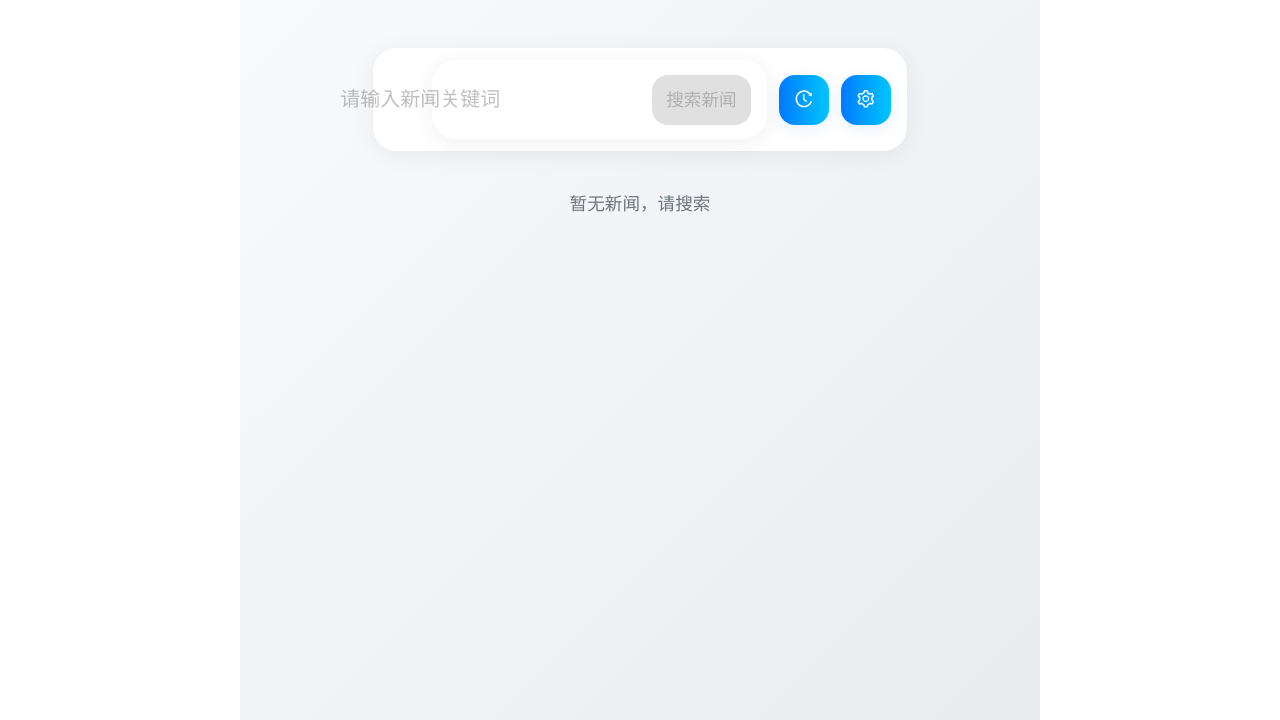
Repository: XJN7197/NewsAssistantBaseMCP
Page: / (app in frontend/)
The author's editor kept a copy of each file at every save. The page is drawn from the files as they stood at one save, then again after the next save.
The browser window is 1280 px wide. The pictures show the whole page.
The project was rebuilt for these pictures with package versions that can differ from the ones it lists, and the page was loaded fresh each time. Also part of the build but not shown: frontend/vite.config.ts, frontend/src/components/NewsCard.tsx.

Above is the page before, as saved 2025-05-25 19:48:37.

After the next save:
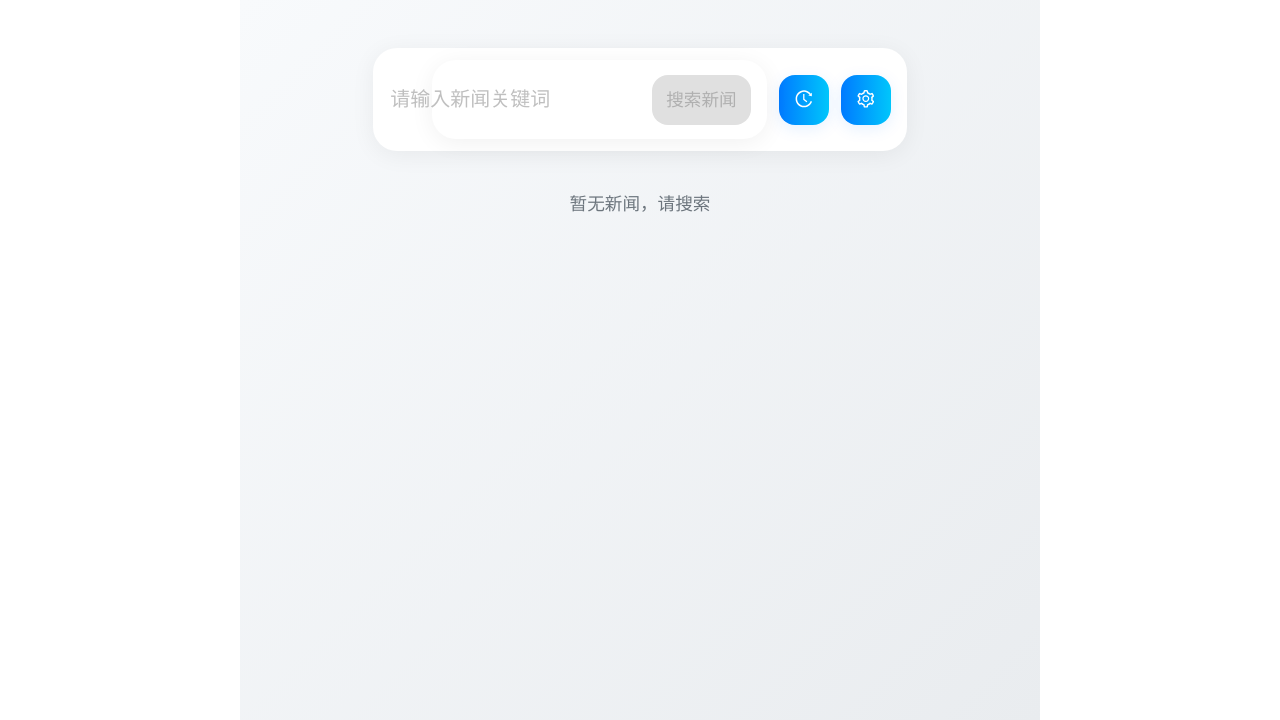
Saved 6 s later.
--- a/frontend/src/pages/Home.module.css
+++ b/frontend/src/pages/Home.module.css
@@ -27,7 +27,7 @@
 
 .search-bar input[type="text"] {
   flex: 1;
-  min-width: 300px; /* 设置最小宽度 */
+  min-width: 250px; /* 设置最小宽度 */
   border: none;
   outline: none;
   font-size: 1.25rem;

After the 4 saves that followed:
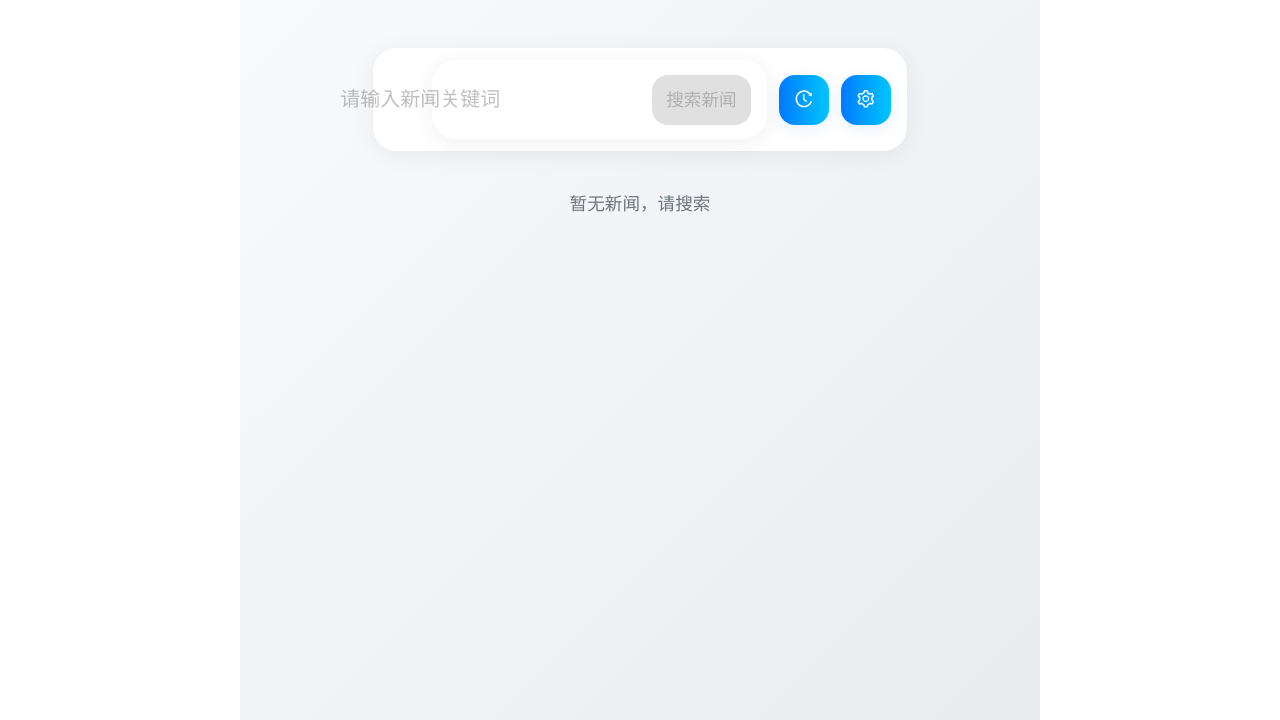
The 4 saves are shown as one change because 3 left the picture as it was.
The last was saved 3 min 57 s later.
--- a/frontend/src/pages/Home.module.css
+++ b/frontend/src/pages/Home.module.css
@@ -27,7 +27,7 @@
 
 .search-bar input[type="text"] {
   flex: 1;
-  min-width: 250px; /* 设置最小宽度 */
+  min-width: 300px; /* 设置最小宽度 */
   border: none;
   outline: none;
   font-size: 1.25rem;
